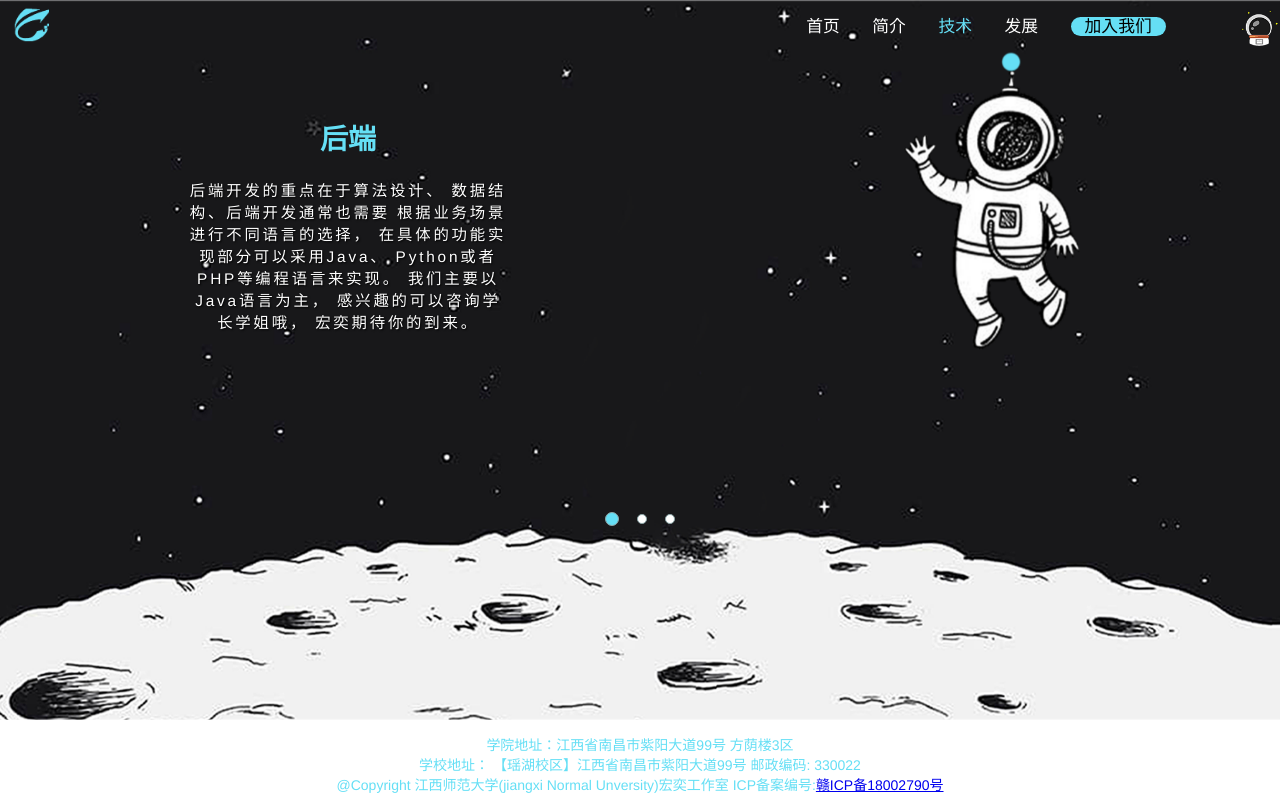
Repository: Homyit20/website
Page: /#/technique
These files come from the project's save history. The page is drawn as it stood at one moment and after the next save; the edit follows.
The browser window is 1280 px wide. The pictures show the whole page.
The project was rebuilt for these pictures with package versions that can differ from the ones it lists, and the page was loaded fresh each time. Also part of the build but not shown: vue.config.js.

Above is the page before, as saved 2021-08-10 20:50:21.

### public/index.html
<!DOCTYPE html>
<html lang="">
  <head>
    <meta charset="utf-8">
    <meta http-equiv="X-UA-Compatible" content="IE=edge">
    <meta name="viewport" content="width=device-width,initial-scale=1.0">
    <link rel="icon" href="<%= BASE_URL %>favicon.ico">
    <!-- <title><%= htmlWebpackPlugin.options.title %></title> -->
    <title><%= htmlWebpackPlugin.options.title %></title>
    <style>
      *{
        cursor: url("火箭.ico"),auto;
      }
      .body{
        overflow-x: hidden;
      }
    </style>
  </head>
  <body class="body">
    <noscript>
      <strong>We're sorry but <%= htmlWebpackPlugin.options.title %> doesn't work properly without JavaScript enabled. Please enable it to continue.</strong>
    </noscript>
    <div id="app"></div>
    <!-- built files will be auto injected -->
  </body>
</html>

### src/main.js
import Vue from 'vue'
import App from './App.vue'
import router from './router'
import store from './store'
// import VueCookies from 'vue-cookies'
// import axios from 'axios'
// import VueAxios from 'vue-axios'
import 'animate.css/animate.min.css'
// Vue.use(VueCookies)
// Vue.use(VueAxios, axios);

Vue.config.productionTip = false

new Vue({
  router,
  store,
  render: h => h(App),
}).$mount('#app')

//报名成功或者已报名才可进入二维码页面
router.beforeEach((to, from, next) => {
  //路由导航
  if (to.meta.islogin) {

    if (store.state.success == 1) {
      next()
    } else {
      next({
        path: from.path
      })
    }
  } else {

    if (to.meta.islogin) {
      if (store.state.success == 1) {
        next()
      } else {
        next({
          path: from.path
        })
      }
    } else {
      next()
    }
  }
})
window.onload = function(){
  document.title = "HOMYIT STUDIO"
}

### src/App.vue
<template>
  <div id="app">
    <router-view></router-view>
  </div>
</template>

<script>
// import NavBar from "./components/enter/enter.vue"
export default {
  name: "App"
};
</script>

<style>
* {
  margin: 0;
  padding: 0;
  box-sizing: border-box;
}
html {
  font-size: 14px;
}
#app {
  font-family: Avenir, Helvetica, Arial, sans-serif;
}
</style>

### src/router/index.js
import Vue from 'vue'
import VueRouter from 'vue-router'

Vue.use(VueRouter);

const routes = [
    {
        path: '/',
        redirect: '/enter',
        meta : {
            title : 'enter'
        }
    },
    {
        path: '/technique',
        component: () => import('../views/technique.vue'),
        meta : {
            title : 'technique'
        }
    },
    {
        path: '/develop',
        component: () => import('../views/develop.vue'),
        meta : {
            title : 'develop'
        }
    },
    {
        path: '/enter',
        component: () => import('../views/enter.vue'),
        meta : {
            title : 'enter'
        }
    },
    {
        path: '/login',
        component: () => import('../views/login.vue'),
        redirect: '/login/loginform',
        children: [{
            path: '/login/loginform',
            component: () => import('../components/content/loginform.vue'),
            meta : {
                title : 'login'
            }
        },
        {
            path: '/login/contact',
            component: () => import('../components/content/contact.vue'),
            meta: {
                islogin: true,
                title : 'contact'
            }
        }
        ]
    },
    {
        path: '/home',
        component: () => import('../views/Home.vue'),
        meta : {
            title : 'home'
        }
    }, {
        path: '/background',
        component: () => import('../views/background.vue'),
        meta : {
            title : 'background'
        }
    },
    {
        path : '/photo',
        component : () => import('../views/photo.vue')
    }
]

const router = new VueRouter({
    routes
})

export default router;

### src/store/index.js
import Vue from 'vue'
import Vuex from 'vuex'

Vue.use(Vuex)

const store = new Vuex.Store({
    state : {
        success : 0,
        isnav : false
    },
    mutations : {
        judge(state){
            state.success = 1
        }
    }
})

export default store;

### src/views/technique.vue
<template>
    <div class="tech-contain">
        <NavBar></NavBar>
        <img class="tech-background" src="../assets/techlogin/images/背景.png">
        <div class="tech-content">
            <div class="tech-box" @touchstart.passive="touchstartdeal">
              <ul class="tech-list">
                <li class="after-details">
                    <div class="tech-after-text tech-text">
                        <h1>后端</h1>
                        <p>
                            后端开发的重点在于算法设计、
                            数据结构、后端开发通常也需要
                            根据业务场景进行不同语言的选择，
                            在具体的功能实现部分可以采用Java、
                            Python或者PHP等编程语言来实现。
                            我们主要以Java语言为主，
                            感兴趣的可以咨询学长学姐哦，
                            宏奕期待你的到来。
                        </p>
                    </div>
                    <div class="tech-after-people">
                        <img src="../assets/techlogin/images/宇航员1.png" class="tech-people">
                    </div>
                </li>
                <li class="before-details">
                    <div class="tech-before-people">
                        <img src="../assets/techlogin/images/宇航员2_03.png" class="tech-people">
                    </div>
                    <div class="tech-before-text tech-text">
                        <h1>前端</h1>
                        <p>
                            前端主要使用 HTML、CSS、JavaScript等
                            专业技能和工具将产品UI设计稿实现成
                            网站产品，涵盖用户PC端、移动端网页
                            处理视觉和交互问题。前端工程师也是
                            互联网时代软件产品研发中不可缺少的
                            一种专业研发角色,快来宏奕学习前端吧。
                        </p>
                    </div>
                </li>
                <li class="ui-details">
                    <div class="tech-ui-text tech-text">
                        <h1>UI</h1>
                        <p>
                            UI负责软件界面的美术设计、创意工作
                            和制作工作；根据各种相关软件的用户群，
                            提出构思新颖有高度吸引力的创意设计；
                            对软件人机交互、操作逻辑、界面美观进行
                            整体设计。UI设计可以让软件变得有个性有品味。
                            快来加入宏奕,让我们一起设计出奇妙又美观的页面吧，
                        </p>
                    </div>
                    <div class="tech-ui-people">
                        <img src="../assets/techlogin/images/宇航员3_03.png" class="tech-people">
                    </div>
                </li>
              </ul>
            </div>
            <div class="tech-slide"><img src="../assets/techlogin/images/滑动.png"></div>
            <ul class="tech-select-list">
                <li class="tech-select-circle tech-select-active" @click='scroll(0)'></li>
                <li class="tech-select-circle" @click='scroll(1)'></li>
                <li class="tech-select-circle" @click='scroll(2)'></li>
            </ul>
        </div>
        <Footer></Footer>
    </div>
</template>

<script>
  import NavBar from '../components/common/nav.vue'
  import Footer from '../components/common/footer.vue'
  let before = 0;
  let after = 0;
  let techtime = null;
  let touchvalue = 0;

  //禁止下拉刷新
  document.body.addEventListener('touchmove', function(e){
      e.preventDefault();
  }, {passive : false})
  export default {
    name : 'Technique',
    data(){
        return {
            techmove : 40
        }
    },
    components : {
        NavBar,
        Footer
    },
    //挂载变量以便对象使用
    created(){
        this.touchdata = {
            touchstartX : null,
            touchstartY : null,
            touchmoveX : null,
            touchmoveY : null,
            touchscrollX : null,
            touchscroolY : null,
            touchdirection : null
        }
    },
    mounted(){
        // 重新进入此组件后 让after before为0
        before = 0;
        after = 0;
    },
    methods:{
        //轮播图制作
        scroll(value){
            before = after;
            after = value;
            let techniqueul = document.getElementsByClassName('tech-list')[0];
            let techniquebox = document.getElementsByClassName('after-details')[0];
            let techniquewidth = techniquebox.offsetWidth;
            let techniqueli = document.getElementsByClassName('tech-select-circle');
            //根据屏幕大小调节移动距离
            if(techniquewidth >= 800){
                this.techmove = 20;
            }else{
                this.techmove = 4;
            }

            //改变圆圈的样式
            techniqueli[before].classList.remove('tech-select-active');
            techniqueli[after].classList.add('tech-select-active');

            //控制内容的轮播
            clearInterval(techtime);
            techtime = setInterval(() =>{
                if(after > before){
                    if(techniqueul.offsetLeft <= -techniquewidth*value + this.techmove){
                        clearInterval(techtime);
                    }
                    techniqueul.style.left = techniqueul.offsetLeft - this.techmove + 'px';
                }else if(before == after){
                    techniqueul.style.left = -techniquebox.offsetWidth*value + 'px';
                     clearInterval(techtime);
                }
                else{
                      if(techniqueul.offsetLeft >= -techniquewidth*value -this.techmove){
                        clearInterval(techtime);
                      }
                      techniqueul.style.left = techniqueul.offsetLeft + this.techmove + 'px';
                }
            },3)

            //屏幕缩放
            window.onresize = function(){
                let techniquewidth = techniquebox.offsetWidth;
                techniqueul.style.left = -techniquewidth*value + 'px';
                if(techniquewidth >= 800){
                    this.techmove = 20;
                }else{
                    this.techmove = 4;
                }
            }
        },
        //移动端手指滑动效果制作
        touchstartdeal(e){
            let techniqueul = document.getElementsByClassName('tech-list')[0];
            //啥叫第一个touches?
            let touchstart = e.targetTouches[0];
            this.touchstartX = touchstart.clientX;
            this.touchstartY = touchstart.clientY;
            //监听touchmove touchend
            techniqueul.addEventListener('touchmove', this.touchmovedeal,false);
            techniqueul.addEventListener('touchend', this.touchenddeal, false);
        },
        touchmovedeal(event){
            //当屏幕有多个touch或者页面被缩放过，就不执行move操作
            let techniquebox = document.getElementsByClassName('after-details')[0];
            let techniquewidth = techniquebox.offsetWidth;
            if (event.targetTouches.length > 1 || event.scale && event.scale !== 1) return;
            let techniqueul = document.getElementsByClassName('tech-list')[0];
            let touchmove = event.targetTouches[0];
            this.touchmoveX = touchmove.clientX;
            this.touchmoveY = touchmove.clientY;
            this.touchscrollX = this.touchmoveX - this.touchstartX;
            this.touchscrollY = this.touchmoveY - this.touchstartY;
            this.touchdirection = Math.abs(this.touchscrollX) > Math.abs(this.touchscrollY) ? 1 : 0;
            //竖滑阻止默认事件
           //需要判断是否事件可以被取消
            if(this.touchdirection == 0 && event.cancelable){
                event.preventDefault()
                techniqueul.style.left = -techniquewidth*touchvalue + 'px';
                //默认事件是滚动
            }
            techniqueul.style.left = techniqueul.offsetLeft + this.touchscrollX + 'px';
        },
        touchenddeal(){
            let techniqueul = document.getElementsByClassName('tech-list')[0];
            let techniquebox = document.getElementsByClassName('after-details')[0];
            let techniquewidth = techniquebox.offsetWidth;
            let techniqueli = document.getElementsByClassName('tech-select-circle');
            if(this.touchscrollX < 0){
                //小于20滑动
                if(this.touchscrollX < -30){
                    //touchvalue值改变之前，移除前一个圈圈的样式，同步before
                    touchvalue = after
                    techniqueli[touchvalue].classList.remove('tech-select-active');
                    before = touchvalue;
                    touchvalue++;
                    techniqueul.style.left = -techniquewidth*touchvalue + 'px';
                    if(touchvalue > 2){
                        touchvalue = 0;
                        techniqueul.style.left = -techniquewidth*touchvalue + 'px';
                    }
                    techniqueli[touchvalue].classList.add('tech-select-active');
                    //同步网页端小圆圈和轮播
                    after = touchvalue;
                    techniqueli[before].classList.remove('tech-select-active');
                    techniqueli[after].classList.add('tech-select-active');
                    window.onresize = function(){
                    let techniquewidth = techniquebox.offsetWidth;
                    techniqueul.style.left = -techniquewidth*after + 'px';
                    }
                    //清除数据残留
                    this.touchscrollX = 0;
                }else{
                    techniqueul.style.left = -techniquewidth*touchvalue + 'px';
                }
            }
            if(this.touchscrollX > 0 ){
                //大于20滑动
                if(this.touchscrollX > 30){
                    //点完后滑动后 touch value before同步
                    touchvalue = after
                    techniqueli[touchvalue].classList.remove('tech-select-active');
                    before = touchvalue;
                    touchvalue--;
                    techniqueul.style.left = -techniquewidth*touchvalue + 'px';
                    if(touchvalue < 0){
                        touchvalue = 2;
                        techniqueul.style.left = -techniquewidth*touchvalue + 'px';
                    }
                    techniqueli[touchvalue].classList.add('tech-select-active');
                    //after与圆圈样式 移动位置同步
                    after = touchvalue;
                    techniqueli[before].classList.remove('tech-select-active');
                    techniqueli[after].classList.add('tech-select-active');
                    window.onresize = function(){
                    let techniquewidth = techniquebox.offsetWidth;
                    techniqueul.style.left = -techniquewidth*after + 'px';
                    }
                    //清除数据残留
                    this.touchscrollX = 0;
                }else{
                    techniqueul.style.left = -techniquewidth*touchvalue + 'px';
                }
                //取消监听 放在其他页面滑动造成连动效果
                techniqueul.removeEventListener('touchmove', this.touchmovedeal,false);
                techniqueul.removeEventListener('touchend', this.touchenddeal, false);
            }
        }
    }
}
</script>

<style>
  /* 背景设置 */
  .tech-contain .tech-background{
      position: absolute;
       top: 0;
      width: 100vw;
      height: 100%;
      object-fit: cover;
      z-index: -100;
    }


  .tech-contain .tech-content{
      width: 100vw;
      height: 100vh;
      display: flex;
      flex-direction: column;
      align-items: center;
    }

    /* 介绍部分 */
    /* 没有这个盒子包裹 怎么ul回跑呢 */
    .tech-box{
        position: relative;
        width: 100vw;
        min-height: 30rem;
        overflow: hidden;
        top: 2vh;
    }
    .tech-slide{
        position: absolute;
        bottom: 25vh;
        right: 0;
        display: none;
    }
  .tech-content .tech-list{
      position: absolute;
      left: 0;
      display: flex;
      align-items: center;
      justify-content: flex-start;
      width: 350rem;
      height: 100%;
      margin: 0;
      padding: 0;
  }

  /* 字体统一设置 */
  .tech-list h1{
      text-align: center;
      color: #65dff5;
  }
  .tech-list  p{
      padding-top: 1.5rem;
      text-align: center;
      color: #fff;
      font-size: 1.1rem;
      letter-spacing: 0.2rem;
      text-shadow: 1px 1px 2px #000;
  }

    /* 移动端响应式 */

    @media screen and (max-width : 500px) {
        .tech-box{
          top: 8vh;
    }
        .after-details,
        .before-details,
        .ui-details{
            display: flex;
            flex-direction: column;
            align-items: center;
            width: 100vw;
        }
        .tech-list p {
            font-size: 0.9rem;
        }
        .tech-people{
            width: 10rem;
        }
        .tech-contain .tech-content .tech-select-list{
            position: absolute;
            bottom: 20vh;
        }
        .tech-slide{
            display: block;
        }
    }

  /* 后端部分 */

 .tech-list .after-details{
      display: flex;
      justify-content: space-around;
      align-items: center;
      width: 100vw;
      height: 100%;
  }
  .after-details .tech-after-text{
      width: 23rem;
      /* background-color: green; */
  }
  .after-details .tech-after-people img{
      max-width: 15rem;
      animation: animate 2s infinite ease-in-out;
  }



   /* 前端部分 */
  .tech-list .before-details{
      display: flex;
      justify-content: space-around;
      align-items: center;
      width: 100vw;
      height: 100%;
  }
    .before-details .tech-before-text{
      width: 23rem;
      /* background-color: green; */
    }
    .before-details .tech-before-people img{
      max-width: 15rem;
      animation: animate 2s infinite ease-in-out;
    }

    /* ui部分 */
    .tech-list .ui-details{
      display: flex;
      justify-content: space-around;
      align-items: center;
      width: 100vw;
      height: 100%;
  }
    .ui-details .tech-ui-text{
      width: 23rem;
      /* background-color: green; */
    }
    .ui-details .tech-ui-people img{
      max-width: 15rem;
      animation: animate 2s infinite ease-in-out;
    }

     /* 动画效果 */

     @keyframes animate{
         0%{
             transform: translateY(1rem);
         }
         50%{
             transform: translateY(-1.1rem);
         }
         100%{
             transform: translateY(1rem);
         }
     }
    /* 小圈圈 */
    .tech-content .tech-select-list{
        position: absolute;
        bottom: 27vh;
        width: 5rem;
        display: flex;
        justify-content: space-between;
        align-items: center;
        list-style: none;
        margin: 0;
        padding: 0;
    }
    /* 当屏幕大于1500px时 */
    @media screen and (min-width : 1500px){
       .tech-box{
            top: 4rem;
        }
        .tech-box .tech-text{
            width: 32rem;
        }
        .tech-list p {
            font-size: 1.5rem;
        }
        .tech-people{
            width: 18rem;
        }
        .tech-select-list .tech-select-circle{
           width: 1rem;
           height: 1rem;
           border-radius: 50%;
           background-color: #fff;
           border: 1px solid #8da7a9;
        }
        .tech-select-list .tech-select-active{
           width: 1.4rem;
           height: 1.4rem;
           border-radius: 50%;
           background-color: #65dff5;
           border: 1px solid #8da7a9;
        }
    }
        .tech-select-circle{
          width: 0.7rem;
          height: 0.7rem;
          border-radius: 50%;
          background-color: #fff;
          border: 1px solid #8da7a9;
        }
        .tech-select-active{
           width: 1rem;
           height: 1rem;
           border-radius: 50%;
           background-color: #65dff5;
           border: 1px solid #8da7a9;
        }

    /* 改变placeholder的颜色 */

  ::-webkit-input-placeholder { /* WebKit browsers */
      color: rgb(156, 154, 154);
  }

  ::-moz-placeholder { /* Mozilla Firefox 19+ */
    color: rgb(156, 154, 154);
  }

  :-ms-input-placeholder { /* Internet Explorer 10+ */
    color: rgb(156, 154, 154);
  }
</style>

### src/components/common/nav.vue
<template>
  <div class="nav">
    <div class="nav-logo" @click="toHome">
      <img src="../../assets/techlogin/images/logo_03.png"/>
    </div>
    <div class="nav-list">
      <ul class="nav-list-ul">
        <li>
          <router-link
            to="/home"
            class="nav-link-class"
            active-class="nav-link-active"
            >首页</router-link
          >
        </li>
        <li>
          <router-link
            to="/background"
            class="nav-link-class"
            active-class="nav-link-active"
            >简介</router-link
          >
        </li>
        <li>
          <router-link
            to="/technique"
            class="nav-link-class"
            active-class="nav-link-active"
            >技术</router-link
          >
        </li>
        <li>
          <router-link
            to="/develop"
            class="nav-link-class"
            active-class="nav-link-active"
            >发展</router-link
          >
        </li>
        <li>
          <router-link
            to="/login"
            class="nav-link-class nav-link-login"
            active-class="nav-join-class"
            >加入我们</router-link
          >
        </li>
      </ul>
      <div class="nav-list-img">
        <img src="../../assets/techlogin/images/小宇航员_07.png" />
      </div>
    </div>
  </div>
</template>

<script>
export default {
  name: "navbar",
  methods : {
    toHome(){
      if(this.$route.path != '/home'){
        this.$router.push({
          path : '/home'
        })
      }
    }
  }
};
</script>

<style>
.nav {
  position: absolute;
  top: 0;
  z-index: 100;
  display: flex;
  justify-content: space-between;
  align-items: center;
  width: 100vw;
  height: 3.5rem;
}
.nav-logo img {
  width: 2.5rem;
  height: 2.5rem;
  margin-top: 0.25rem;
  margin-left: 1rem;
  object-fit: cover;
}
.nav .nav-list {
  display: flex;
  justify-content: space-between;
  align-items: center;
  width: 35rem;
}
.nav-list .nav-list-ul {
  width: 80%;
  height: 100%;
  display: flex;
  align-items: center;
  justify-content: space-around;
  list-style: none;
  font-size: 1.2rem;
  color: #fff;
}
.nav-link-class {
  color: #fff;
  text-decoration: none;
}
.nav-link-active {
  color: #65dff5;
}
.nav-list-img {
  width: 3rem;
  height: 3rem;
  display: flex;
  flex-direction: column;
  position: relative;
}
.nav-list .nav-list-img img {
  width: 3rem;
  height: 3rem;
  display: flex;
  flex-direction: column;
  position: relative;
}
.nav-list .nav-list-img img {
  width: 3rem;
  height: 3rem;
  object-fit: cover;
}

/* img响应式 */
@media screen and (max-width: 500px) {
  .nav .nav-list {
    display: flex;
    justify-content: space-around;
    align-items: center;
    width: 23rem;
  }
  .nav .nav-list .nav-list-ul {
    width: 100%;
  }
  .nav-logo img {
    width: 2rem;
    height: 2rem;
    object-fit: cover;
  }
  .nav .nav-list .nav-list-img {
    display: none;
  }
  .nav .nav-list .nav-list-img img {
    display: none;
  }
  .nav .nav-link-login {
    padding: 0 0.5rem;
  }
}
.nav-link-login {
  color: #000;
  padding: 0 1rem;
  background-color: #65dff5;
  border-radius: 1rem;
}
.nav-join-class{
  box-shadow: 1px 1px 8px #fff;
}
</style>

### src/components/common/footer.vue
<template>
  <div class="footer">
    <div class="footer-content">
      <p>学院地址：江西省南昌市紫阳大道99号 方荫楼3区</p>
      <p>学校地址： 【瑶湖校区】江西省南昌市紫阳大道99号 邮政编码: 330022</p>
      <p>@Copyright 江西师范大学(jiangxi Normal Unversity)宏奕工作室 ICP备案编号:<a href="https://beian.miit.gov.cn/#/Integrated/index">赣ICP备18002790号</a></p>
    </div>
  </div>
</template>

<script>
  export default {
    name : 'Footer'
  }
</script>

<style>
  .footer{
    display: flex;
    justify-content: center;
    width: 100vw;
    background-color: #fff;
  }
  .footer-content{
    color: #65dff5;
    margin: 1rem 0;
    display: flex;
    flex-direction: column;
    align-items: center;
  }
</style>

After the next save:
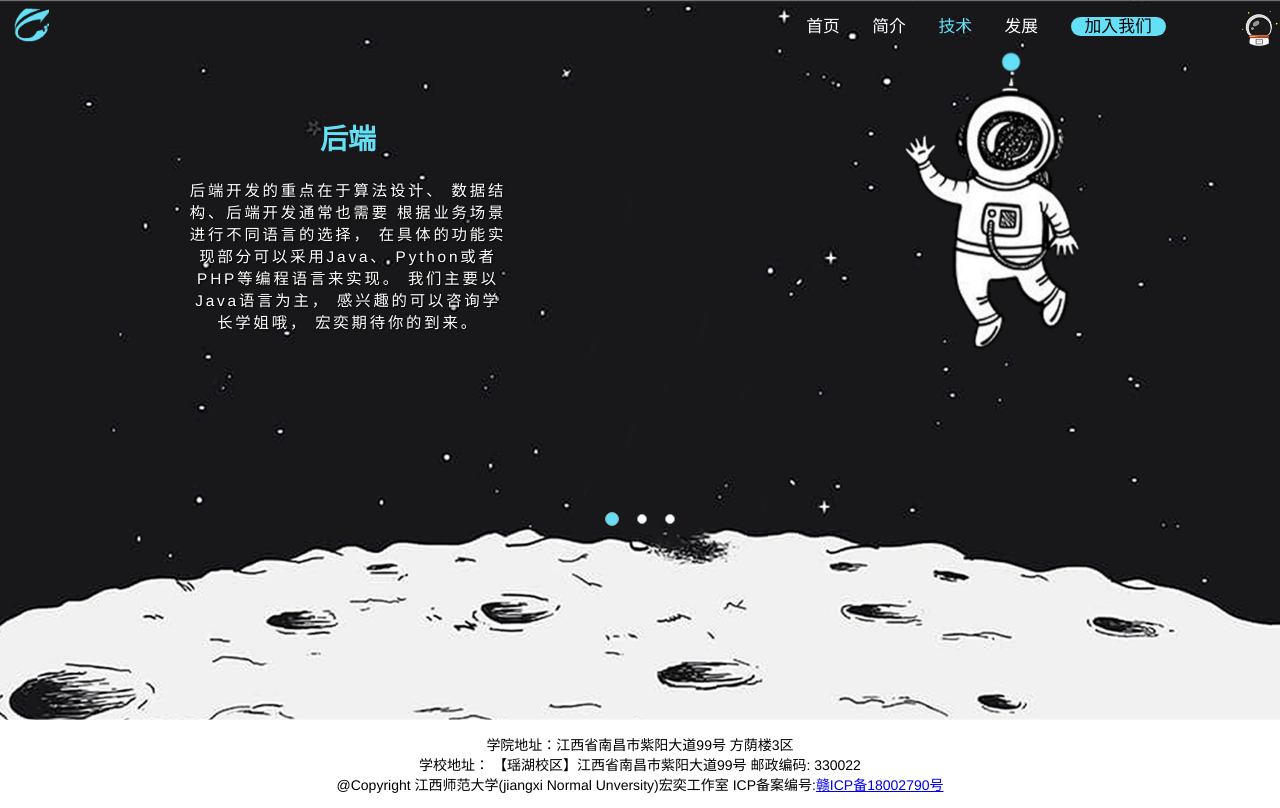
Saved 40 s later.
--- a/src/components/common/footer.vue
+++ b/src/components/common/footer.vue
@@ -22,7 +22,7 @@
     background-color: #fff;
   }
   .footer-content{
-    color: #65dff5;
+    color: #000;
     margin: 1rem 0;
     display: flex;
     flex-direction: column;
